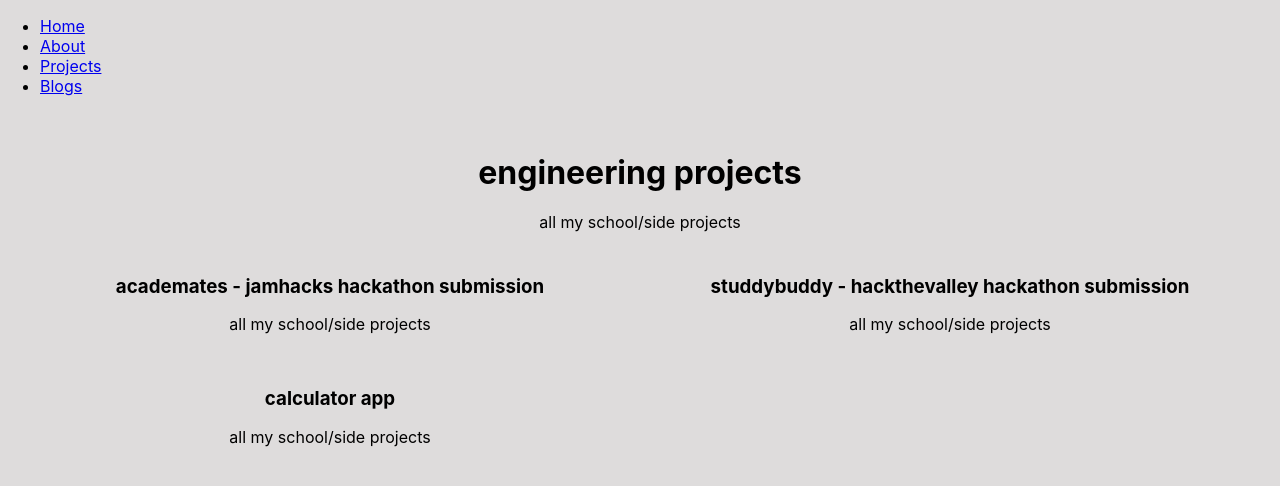
Repository: nicholaschen09/personalWebsite
Page: /projects/engineering
The author's editor kept a copy of each file at every save. The page is drawn from the files as they stood at one save, then again after the next save.
The browser window is 1280 px wide. The pictures show the whole page.
The project was rebuilt for these pictures with package versions that can differ from the ones it lists, and the page was loaded fresh each time. Also part of the build but not shown: src/components/About.css, src/components/About.js, src/components/Home.js, src/components/Projects.css, src/components/Projects.js, src/components/Blog.css, src/components/Blog.js, src/components/Miscellaneous.css and 3 more.

Above is the page before, as saved 2024-08-10 00:47:30.

After the next save:
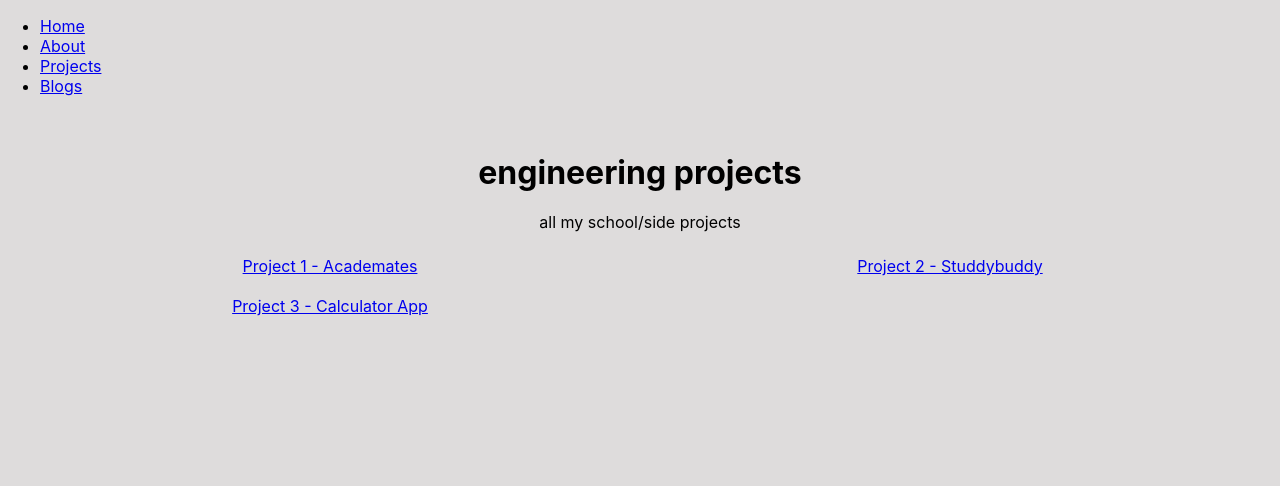
Saved 8 h 2 min later.
--- a/src/components/Engineering.js
+++ b/src/components/Engineering.js
@@ -1,5 +1,5 @@
 import React from 'react';
-import './Engineering.css';
+import './Engineering.css'; // Ensure you have this CSS file in your project
 
 const Engineering = () => {
     return (
@@ -7,18 +7,10 @@ const Engineering = () => {
             <h1>engineering projects</h1>
             <p>all my school/side projects</p>
             <div className="projects-container">
-                <div className="project academates">
-                    <h3>academates - jamhacks hackathon submission</h3>
-                    <p>all my school/side projects</p>
-                </div>
-                <div className="project studdybuddy">
-                    <h3>studdybuddy - hackthevalley hackathon submission</h3>
-                    <p>all my school/side projects</p>
-                </div>
-                <div className="project calculator">
-                    <h3>calculator app</h3>
-                    <p>all my school/side projects</p>
-                </div>
+                <a href="/project1" className="project">Project 1 - Academates</a>
+                <a href="/project2" className="project">Project 2 - Studdybuddy</a>
+                <a href="/project3" className="project">Project 3 - Calculator App</a>
+                {/* Add more projects as needed */}
             </div>
         </div>
     );
